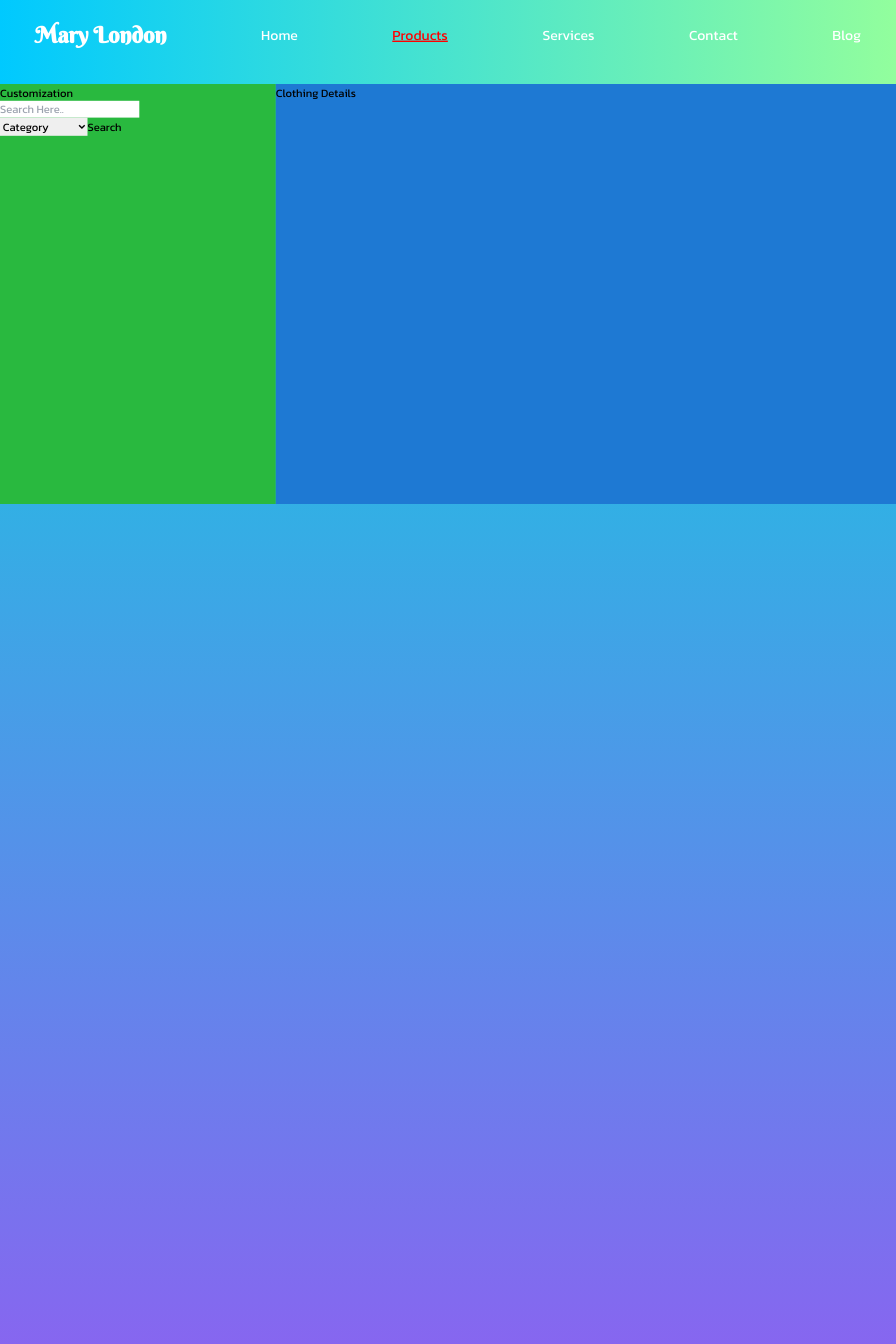
Repository: Habeebur1493/test2
Page: /products/clothing
These files come from the project's save history. The page is drawn as it stood at one moment and after the next save; the edit follows.
The browser window is 1280 px wide. The pictures show the part of the page from y = 0 to 1920 px (the page is 3600 px tall), at 70% of full size.
The project was rebuilt for these pictures with package versions that can differ from the ones it lists, and the page was loaded fresh each time. Also part of the build but not shown: vite.config.js, src/Frontend/Loader/loaderstyle.css, src/Frontend/Firstpage/Home.jsx, src/Frontend/Firstpage/Products.jsx, src/Frontend/Firstpage/Services.jsx, src/Frontend/Firstpage/Contact.jsx, src/Frontend/Firstpage/Blog.jsx.

Above is the page before, as saved 2024-12-28 23:46:48.

After the next save:
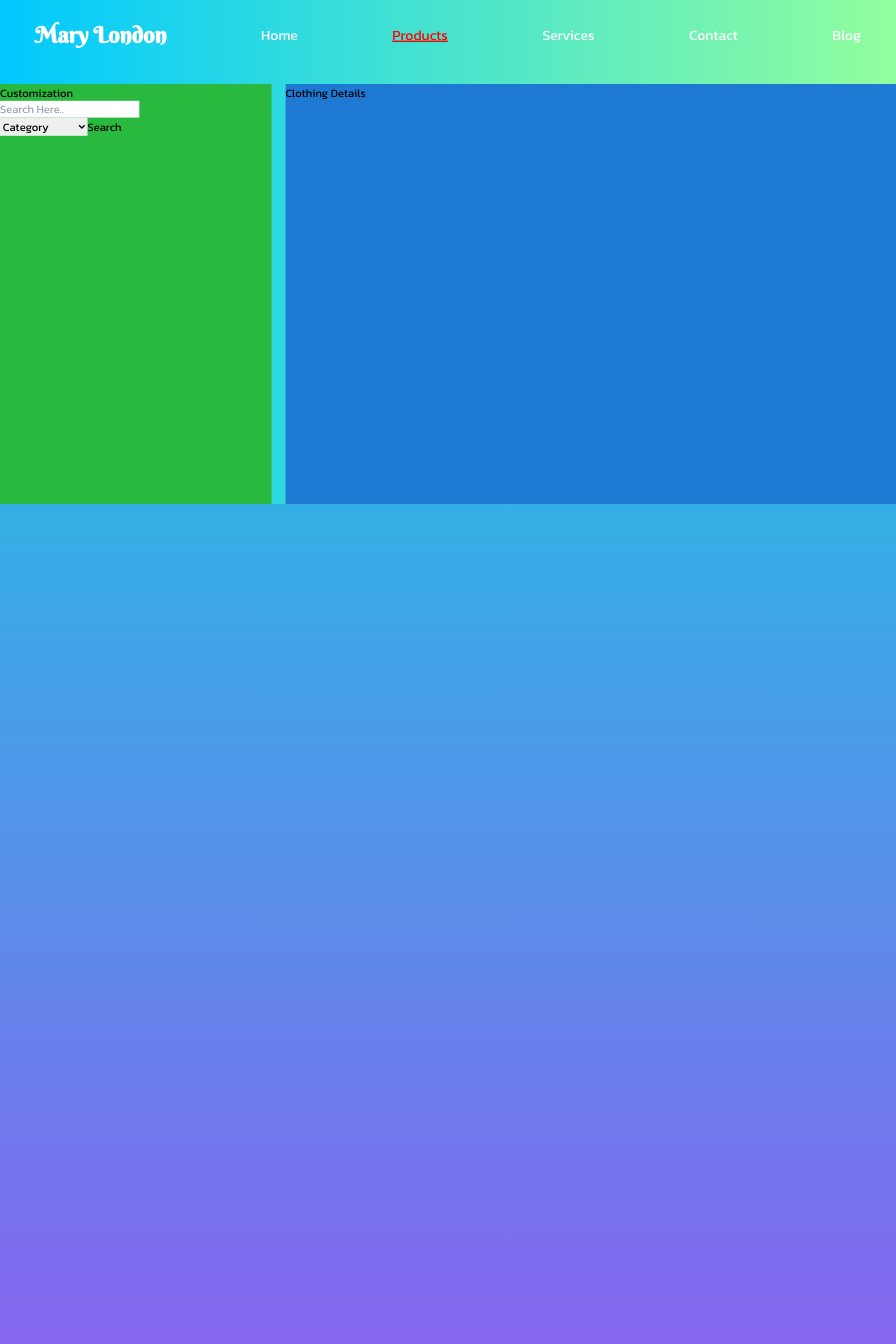
Saved 48 s later.
--- a/src/Frontend/Firstpage/page1.css
+++ b/src/Frontend/Firstpage/page1.css
@@ -217,8 +217,9 @@ nav h1{
 
   .container1{
   display: flex;
-  justify-content: space-around;
+  justify-content: center;
   align-items: center;
+  gap: 20px;
 
 }
 
